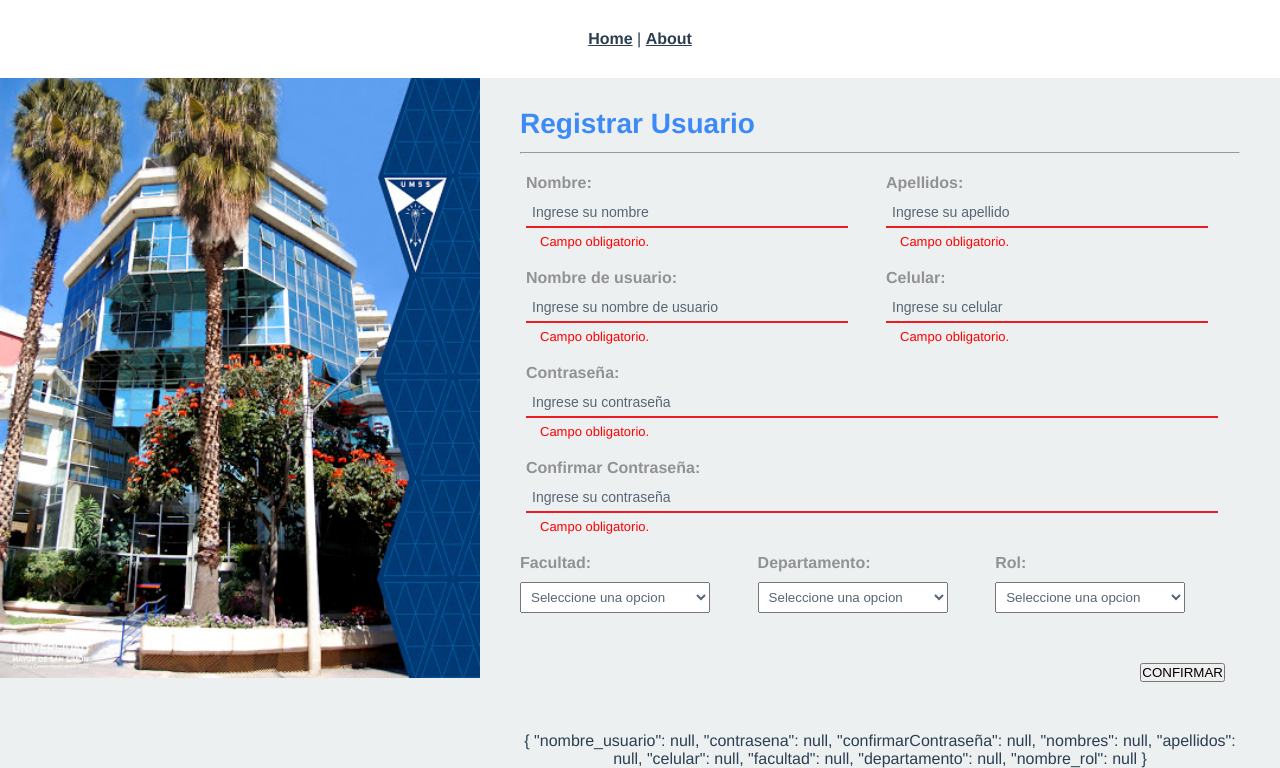
Repository: BritanyTorrico/front-cotizaciones
Page: /register
An editor plug-in stored every save of this project. The page is shown before and after the next save, followed by the edit.
The browser window is 1280 px wide. The pictures show the whole page.
The project was rebuilt for these pictures with package versions that can differ from the ones it lists, and the page was loaded fresh each time. Also part of the build but not shown: vue.config.js, src/components/HelloWorld.vue, src/views/Home.vue.

Above is the page before, as saved 2021-04-22 11:59:25.

### src/main.js
import Vue from "vue";
import App from "./App.vue";
import router from "./router";
import store from "./store";
import instance from "@/services/axios";
import Vuelidate from "vuelidate";
Vue.config.productionTip = false;
Vue.prototype.$http = instance;
Vue.use(Vuelidate);
new Vue({
    router,
    store,
    render: (h) => h(App),
}).$mount("#app");

### src/App.vue
<template>
  <div id="app">
    <div id="nav">
      <router-link to="/">Home</router-link> |
      <router-link to="/about">About</router-link>
    </div>
    <router-view />
  </div>
</template>

<style>
* {
  padding: 0;
  margin: 0;
}
:root {
  --color-title: #3d8af7;
  --color-name: #929292;
  --color-line: #c0c0c0;
}
#app {
  font-family: Avenir, Helvetica, Arial, sans-serif;
  -webkit-font-smoothing: antialiased;
  -moz-osx-font-smoothing: grayscale;
  text-align: center;
  color: #2c3e50;
}

#nav {
  padding: 30px;
}

#nav a {
  font-weight: bold;
  color: #2c3e50;
}

#nav a.router-link-exact-active {
  color: #42b983;
}
</style>

### src/router/index.js
import Vue from "vue";
import VueRouter from "vue-router";
import Home from "../views/Home.vue";

Vue.use(VueRouter);

const routes = [{
        path: "/",
        name: "Home",
        component: Home,
    },
    {
        path: "/about",
        name: "About",
        // route level code-splitting
        // this generates a separate chunk (about.[hash].js) for this route
        // which is lazy-loaded when the route is visited.
        component: () =>
            import ( /* webpackChunkName: "about" */ "../views/About.vue"),
    },
    {
        path: "/register",
        name: "RegisterUserPage",
        component: () =>
            import ("../views/RegisterUserPage.vue"),
    },
];

const router = new VueRouter({
    mode: "history",
    base: process.env.BASE_URL,
    routes,
});

export default router;

### src/services/axios.js
import axios from "axios";

const instance = axios.create({
    baseURL: "http://localhost:4000/",
    headers: { "Content-Type": "application/json" },
});

export default instance;

### src/views/RegisterUserPage.vue
<template>
  <div>
    <register-user />
  </div>
</template>

<script>
import RegisterUser from "@/components/User/RegisterUser.vue";
export default {
  components: { RegisterUser },
  name: "RegisterUserPage",
};
</script>

<style lang="scss" scoped></style>

### src/components/User/RegisterUser.vue
<template>
  <div class="container">
    <form @submit.prevent="submitForm">
      <div class="flex-container">
        <div class="form__image">
          <img src="@/assets/edificioUMSS.jpg" alt="" />
        </div>

        <div class="form__datos">
          <div class="form_title">
            <h1>Registrar Usuario</h1>
            <hr class="form__linea" />
          </div>
          <div class="form__section">
            <div class="form__name">
              <label
                ><div class="formulario_label">Nombre:</div>
                <input
                  v-on:keydown="keyhandler($event)"
                  :class="
                    $v.users.nombres.$invalid
                      ? 'form_check-input-error'
                      : 'form__input'
                  "
                  type="text"
                  placeholder="Ingrese su nombre"
                  v-model="users.nombres"
                />
              </label>
              <div class="form_check-error" v-if="!$v.users.nombres.required">
                Campo obligatorio.
              </div>
            </div>
            <div class="form__name">
              <label
                ><div class="formulario_label">Apellidos:</div>
                <input
                  :class="
                    $v.users.apellidos.$invalid
                      ? 'form_check-input-error'
                      : 'form__input'
                  "
                  type="text"
                  placeholder="Ingrese su apellido"
                  required
                  v-model="users.apellidos"
                />
              </label>
              <div class="form_check-error" v-if="!$v.users.apellidos.required">
                Campo obligatorio.
              </div>
            </div>
          </div>
          <div class="form__section">
            <div class="form__name">
              <label
                ><div class="formulario_label">Nombre de usuario:</div>
                <input
                  :class="
                    $v.users.nombre_usuario.$invalid
                      ? 'form_check-input-error'
                      : 'form__input'
                  "
                  type="text"
                  placeholder="Ingrese su nombre de usuario"
                  v-model="users.nombre_usuario"
                  required
                />
              </label>
              <div
                class="form_check-error"
                v-if="!$v.users.nombre_usuario.required"
              >
                Campo obligatorio.
              </div>
            </div>
            <div class="form__name">
              <label
                ><div class="formulario_label">Celular:</div>
                <input
                  :class="
                    $v.users.celular.$invalid
                      ? 'form_check-input-error'
                      : 'form__input'
                  "
                  type="text"
                  placeholder="Ingrese su celular"
                  v-model="users.celular"
                />
              </label>
              <div class="form_check-error" v-if="!$v.users.celular.required">
                Campo obligatorio.
              </div>
            </div>
          </div>
          <div class="form__section2">
            <div class="formulario_label">Contraseña:</div>
            <input
              type="password"
              :class="
                $v.users.contrasena.$invalid
                  ? 'form_check-input-error'
                  : 'form__input'
              "
              placeholder="Ingrese su contraseña"
              v-model="users.contrasena"
            />
            <div class="form_check-error" v-if="!$v.users.contrasena.required">
              Campo obligatorio.
            </div>
          </div>
          <div class="form__section2">
            <div class="formulario_label">Confirmar Contraseña:</div>
            <input
              type="password"
              :class="
                $v.users.confirmarContraseña.$invalid
                  ? 'form_check-input-error'
                  : 'form__input'
              "
              placeholder="Ingrese su contraseña"
              v-model="users.confirmarContraseña"
            />
            <div
              class="form_check-error"
              v-if="!$v.users.confirmarContraseña.required"
            >
              Campo obligatorio.
            </div>
          </div>
          <div class="form__section3">
            <div class="fomrm__section__item">
              <lista-desplegable
                v-model="users.facultad"
                nombreLista="Facultad:"
                :lista="listfacultad"
              ></lista-desplegable>
            </div>
            <div class="fomrm__section__item">
              <lista-desplegable
                v-model="users.departamento"
                nombreLista="Departamento:"
                :lista="listDepartament"
              ></lista-desplegable>
            </div>
            <div class="fomrm__section__item">
              <lista-desplegable
                v-model="users.nombre_rol"
                nombreLista="Rol:"
                :lista="listRoles"
              ></lista-desplegable>
            </div>
          </div>
          <div class="boton">
            <button>CONFIRMAR</button>
          </div>
          {{ users }}
          <Alert ref="alert"></Alert>
        </div>
      </div>
    </form>
  </div>
</template>

<script>
import { required, maxLength } from "vuelidate/lib/validators";
import ListaDesplegable from "./ListaDesplegable.vue";
import Alert from "@/components/User/Alert.vue";
export default {
  components: { ListaDesplegable, Alert },
  name: "RegisterUser",
  data() {
    return {
      users: {
        nombre_usuario: null,
        contrasena: null,
        confirmarContraseña: null,
        nombres: null,
        apellidos: null,
        celular: null,
        facultad: null,
        departamento: null,
        nombre_rol: null,
      },
      listDepartament: [
        "Ingeniería de Sistemas",
        "Ingeniería Informática",
        "Ingeniería Civil",
        "Ingeniería Mecánica",
        "Administración",
      ],
      listfacultad: [
        "FACULTAD DE CIENCIAS Y TECNOLOGIA",
        "FACULTAD DE CIENCIAS ECONÓMICAS",
      ],
      listRoles: [
        "Super Usuario",
        "Jefe de Departamento",
        "Secretario",
        "Cotizador",
        "Responsable de Presupuestos",
      ],
    };
  },
  validations: {
    users: {
      nombres: {
        required,
        maxLength: maxLength(30),
      },
      apellidos: {
        required,
      },
      nombre_usuario: {
        required,
      },
      contrasena: {
        required,
      },
      confirmarContraseña: {
        required,
      },
      celular: {
        required,
      },
    },
  },
  methods: {
    keyhandler(e) {
      if (!e.key.match(/^[a-zA-Z0-9ñÑáéíóúÁÉÍÓÚ.\s]*$/)) {
        e.preventDefault();
      }
    },
    async submitForm() {
      try {
        await this.sendDataUsers();
        this.alert("success", "Usuario creado exitosamente");
        await this.sendUsernameRol();
        console.log("CORRECTO");
      } catch (error) {
        console.log("ERROR");
      }
    },

    async sendUsernameRol() {
      try {
        console.log("roles");
        await this.$http.post("usersPerRole", {
          nombre_rol: this.users.nombre_rol,
          nombre_usuario: this.users.nombre_usuario,
        });
      } catch (error) {
        throw new Error("ALGO SALIO MAL");
      }
    },
    async sendDataUsers() {
      try {
        console.log(this.users);
        await this.$http.post("users", {
          nombre_usuario: this.users.nombre_usuario,
          contrasena: this.users.contrasena,
          nombres: this.users.nombres,
          apellidos: this.users.apellidos,
          celular: this.users.celular,
          facultad: this.users.facultad,
          departamento: this.users.departamento,
        });
      } catch (error) {
        throw new Error("ALGO SALIO MAL");
      }
    },
  },
};
</script>

<style lang="css" scoped>
.flex-container {
  display: flex;
  background-color: #ecf0f1;
}
.form__image {
  width: 40%;
}
.form__image img {
  width: 100%;
  height: 600px;
}

.form__datos {
  width: 60%;
  margin-left: 40px;
  margin-right: 40px;
}
.form_title {
  color: var(--color-title);
  text-align: left;
  font-size: 14px;
}
.form_title h1 {
  padding-top: 30px;
  padding-bottom: 12px;
}
.form__linea {
  color: var(--color-title);
}
.form__input {
  width: 100%;
  padding: 6px;
  margin: 6px 6px;
  border: none;
  border-bottom: 2px solid var(--color-line);
  background-color: transparent;
  color: black;
  font-size: 14px;
}
.form_check-input-error {
  width: 100%;
  padding: 6px;
  margin: 6px 6px;
  border: none;
  border-bottom: 2px solid #ed1c24;
  background-color: transparent;
  color: black;
  font-size: 14px;
}
.form__input:focus {
  background: linear-gradient(to bottom, transparent, #ced6e0);
  outline: none;
  border-bottom: 2px solid #747d8c;
}
.form_check-input-error:focus {
  background: linear-gradient(to bottom, transparent, #ced6e0);
  outline: none;
  border-bottom: 2px solid red;
}
::placeholder {
  color: #576574;
}
.form__section {
  margin-top: 20px;
  display: flex;
}
.form__section2 {
  margin-top: 20px;
  margin-right: 40px;
}
.form__section3 {
  display: flex;
}
.fomrm__section__item {
  width: 33%;
}
.formulario_label {
  padding-left: 6px;
  color: var(--color-name);
  text-align: left;
  font-weight: bold;
}
.form__name {
  width: 100%;
  padding-right: 50px;
}
.boton {
  display: flex;
  justify-content: right;
  align-items: right;
  margin: 50px 15px;
}
.boton__input {
  width: 120px;
  height: 35px;
  border-radius: 30px;
  background: blue;
  color: white;
  font-weight: bold;
  border-bottom: none;
  border: none;
}
.form_check-error {
  color: red;
  font-size: 13px;
  text-align: left;
  margin-left: 20px;
}
</style>

### src/components/User/ListaDesplegable.vue
<template>
  <div class="container">
    <div class="container__label">{{ nombreLista }}</div>
    <select
      v-on:input="$emit('input', $event.target.value)"
      class="container__list"
    >
      <option selected="true" disabled="disabled">Seleccione una opcion</option>
      <option
        class="container__list__option"
        v-for="(item, index) in lista"
        :key="index"
        :value="item"
      >
        {{ item }}</option
      >
    </select>
  </div>
</template>

<script>
export default {
  name: "ListaDesplegable",
  data() {
    return {
      facultad: [
        "FACULTAD DE CIENCIAS Y TECNOLOGIA",
        "Ingeniería Informática",
        "Super Usuario",
      ],
    };
  },
  props: {
    value: String,
    nombreLista: String,
    nombre: String,
    lista: [],
  },

  methods: {},
};
</script>

<style lang="css" scoped>
.container {
  text-align: left;
  padding-top: 20px;
}
.container__label {
  color: var(--color-name);
  margin-bottom: 10px;
  font-weight: bold;
}
.container__list {
  width: 80%;
  color: #576574;
  padding: 6px;
}
.container__list__option {
}
</style>

### src/components/User/Alert.vue
<template>
  <div v-if="show" class="alert" :class="type">
    <span class="closebtn" @click="hideAlert()">&times;</span>
    {{ message }}
  </div>
</template>

<script>
export default {
  name: "Alert",
  data() {
    return {
      show: false,
      type: "",
      message: "",
    };
  },
  methods: {
    showAlert(alertType, alertMessage) {
      this.type = alertType;
      this.message = alertMessage;
      this.show = true;
    },
    hideAlert() {
      this.show = false;
    },
  },
};
</script>

<style scoped>
.alert {
  display: block;
  padding: 20px;
  color: white;
  top: 30px;
  right: 0px;
  position: fixed;
  z-index: 2;
}
.success {
  background-color: #0064d0;
}
.warning {
  background-color: #ed1c24;
}
.closebtn {
  margin-left: 15px;
  color: white;
  font-weight: bold;
  float: right;
  font-size: 22px;
  line-height: 20px;
  cursor: pointer;
  transition: 0.3s;
}
.closebtn:hover {
  color: black;
}
</style>

Loaded but not shown: public/index.html (common file); src/store/index.js (common file)

After the next save:
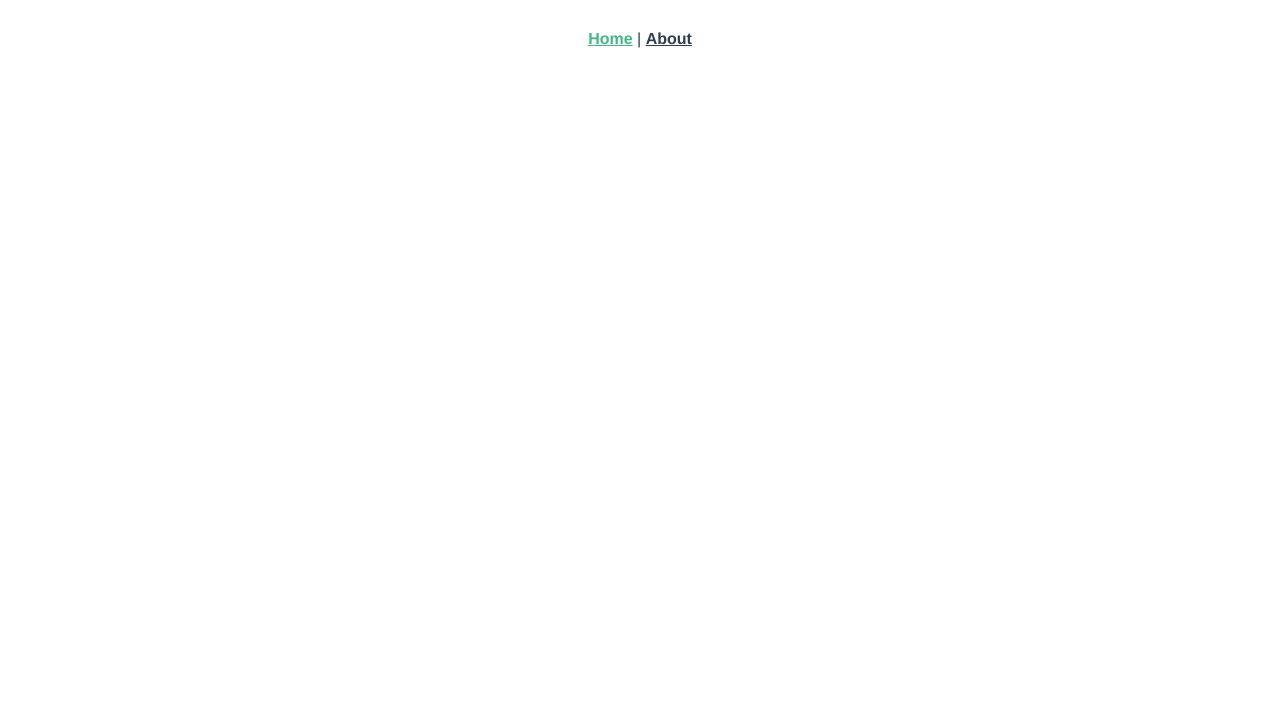
Saved 2 min 31 s later.
--- a/src/components/User/ListaDesplegable.vue
+++ b/src/components/User/ListaDesplegable.vue
@@ -34,7 +34,7 @@
     value: String,
     nombreLista: String,
     nombre: String,
-    lista: [],
+    lista,
   },
 
   methods: {},

After the 3 saves that followed:
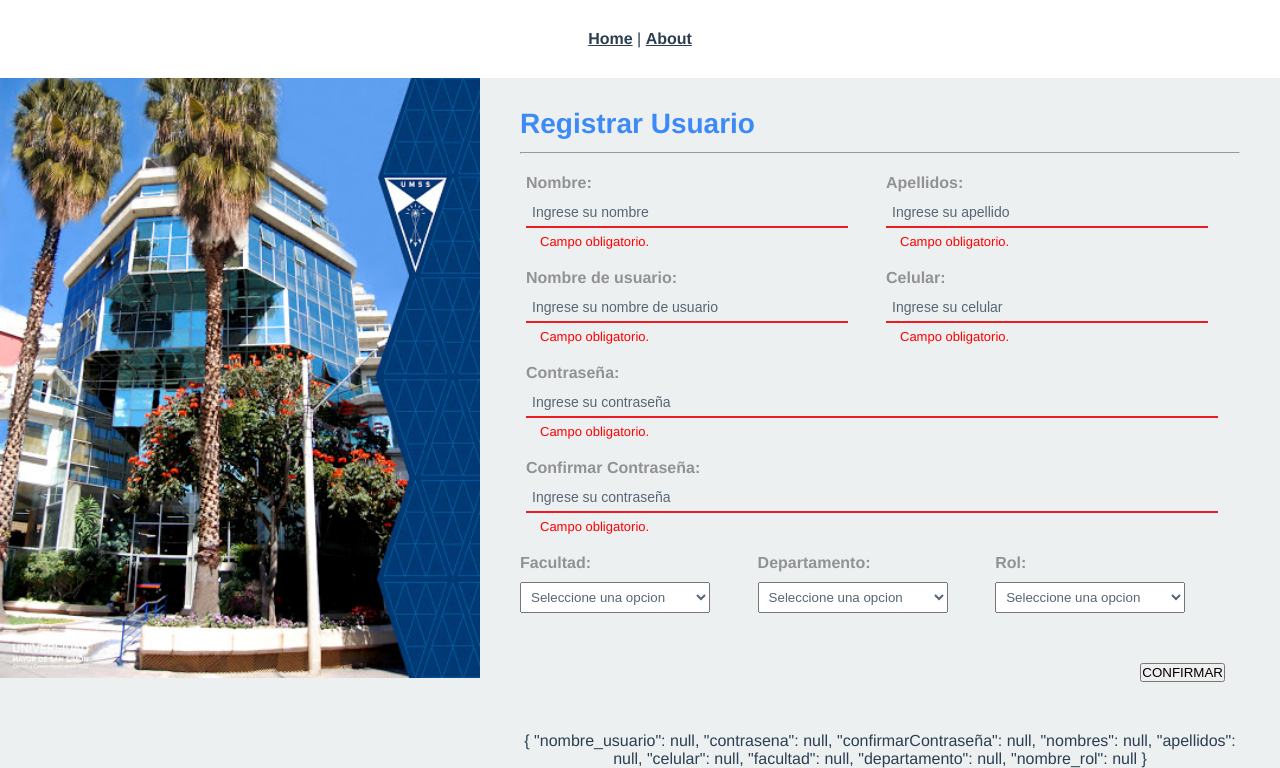
The 3 saves are shown as one change because 1 did not build or start and 1 left the picture as it was.
The last was saved 66 s later.
--- a/src/components/User/ListaDesplegable.vue
+++ b/src/components/User/ListaDesplegable.vue
@@ -34,7 +34,7 @@
     value: String,
     nombreLista: String,
     nombre: String,
-    lista,
+    lista: [""],
   },
 
   methods: {},
